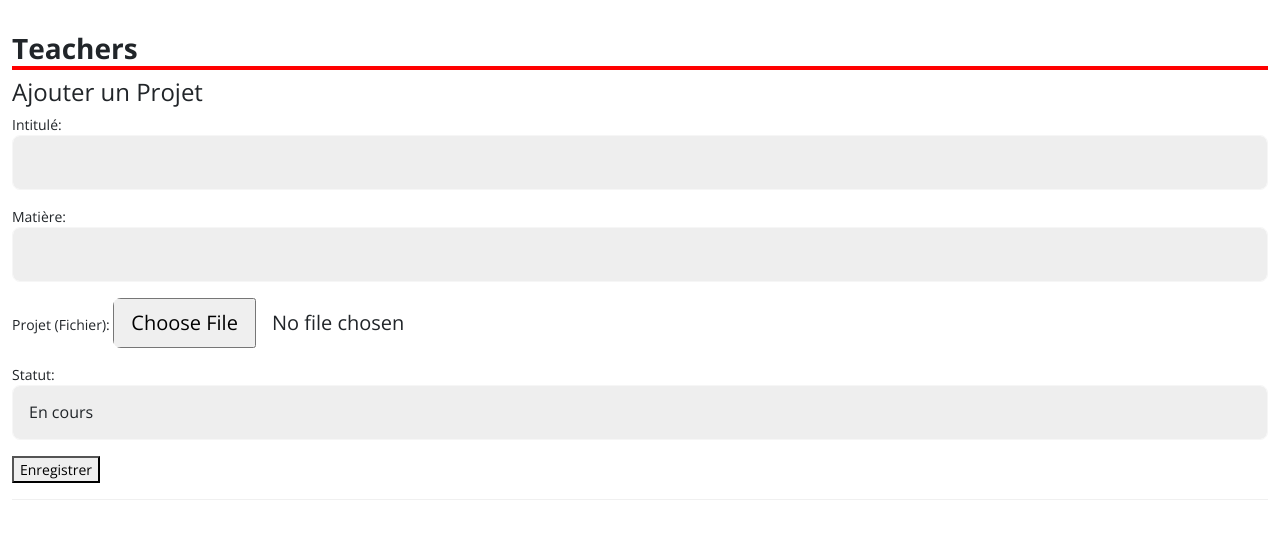
Repository: dimitri0004/Moodle
Page: http://localhost/enseignant/projet/ajouter
These files come from the project's save history. The page is drawn as it stood at one moment and after the next save; the edit follows.
The browser window is 1280 px wide. The pictures show the whole page.
The page is served by the project's application, run on Django 4.2 (manage.py). Other server files are loaded and not shown.

Above is the page before, as saved 2023-08-16 14:58:30.
Console error: TypeError: Cannot set properties of null (setting 'innerHTML')

### templates/Enseignant/projet.html
{% extends "base.html" %}
{% block content %}
<!DOCTYPE html>
<html lang="en">
<head>
    <meta charset="UTF-8">
    <title>Ajouter un projet</title>
</head>
<body>
    <div class="body d-flex py-lg-3 py-md-2">
        <div class="container-xxl">
            <div class="row">
                <div class="col-md-12">
                    <div class="card border-0 mb-4 no-bg">
                        <div class="card-header py-3 px-0  align-items-center  justify-content-between border-bottom">
                            <h3 class=" fw-bold flex-fill mb-2" style="border-bottom: 4px solid red; ">Teachers</h3>
                            <h4 class="mb-2">Ajouter un Projet</h4>


                            <form method="post"   enctype="multipart/form-data">
                                {% csrf_token %}
                                <div class="col-12">
                                    <div class="mb-2">
                                    {{ form.as_p }}
                                    </div>
                                </div>
                                <button type="submit">Enregistrer</button>
                            </form>
                       </div>
                    </div>
                </div>
            </div>
        </div>
    </div>
</body>
</html>


{% endblock %}

### templates/base.html
{% load static %}
<!DOCTYPE html>
<html lang="en">
<head>
    <meta charset="UTF-8">
    <meta name="viewport" content="width=device-width, initial-scale=1.0">
    <title>Document</title>

    <link rel="icon" href="favicon.ico" type="image/x-icon"> <!-- Favicon-->

    <!-- plugin css file  -->
    <link rel="stylesheet" href="{% static 'assets/css/carousel.min.css' %}" />
    <!-- project css file  -->
    <link rel="stylesheet" href="{% static 'assets/css/e-learn.style.min.css' %}">
    <!-- Google Code  -->
    <script async src="https://www.googletagmanager.com/gtag/js?id=UA-264428387-1"></script>
    <script>
      window.dataLayer = window.dataLayer || [];
      function gtag(){dataLayer.push(arguments);}
      gtag('js', new Date());

      gtag('config', 'UA-264428387-1');
    </script>

    <script src="{% static 'assets/bundles/libscripts.bundle.js' %}"></script>

    <!-- Plugin Js-->
    <script src="{% static 'assets/bundles/carousel.bundle.js' %}"></script>
    <script src="{% static 'assets/bundles/apexcharts.bundle.js' %}"></script>

    <!-- Jquery Page Js -->
    <script src="{% static 'js/template.js' %}"></script>
    <script src="{% static 'js/page/elearn-index.js' %}"></script>
</head>
<body>
   {% if user.is_authenticated %}

    {% include "_partiels/nav.html" %}
   {% endif %}


    {% block content %}{% endblock %}
</body>
</html>

### AppEcole/forms.py
from django import forms
from .models import Devoir

class ProjetForm(forms.ModelForm):
    intitule = forms.CharField(label='Intitulé', widget=forms.TextInput(attrs={
        'class': 'form-control form-control-lg'
    }))
    matiere = forms.CharField(label='Matière', widget=forms.TextInput(attrs={
        'class': 'form-control form-control-lg'
    }))
    projet = forms.FileField(label='Projet (Fichier)', widget=forms.ClearableFileInput(attrs={
        'class': 'form-control-file  form-control-lg'
    }))
    statut = forms.ChoiceField(label='Statut', choices=Devoir.STATUT_CHOICES, widget=forms.Select(attrs={
        'class': 'form-control form-control-lg'
    }))

    class Meta:
        model = Devoir
        fields = ['intitule', 'matiere', 'projet', 'statut']

### AppEcole/models.py
from django.db import models
from django.contrib.auth.models import AbstractUser
class User(AbstractUser):
    ETUDIANT= " ETUDIANT"
    ENSEIGNANT="ENSEIGNANT"
    ADMINISTRATEUR=" ADMINISTRATEUR"

    ROLE_CHOICES = (
        ('ETUDIANT', 'Etudiant'),
        ('ENSEIGNANT', 'Enseignant'),
        ('ADMINISTRATEUR', 'Administrateur'),
    )

    role = models.CharField(max_length=30, choices=ROLE_CHOICES, verbose_name='Rôle')
    birthdate = models.DateField(null=True, blank=False)
    identifiant = models.CharField(max_length=20, null=True, blank=False)

    def __str__(self):
        return self.username

class Devoir(models.Model):

    STATUT_CHOICES = [
        ('en_cours', 'En cours'),
        ('soumis', 'Soumis'),
        ('corrigé', 'Corrige'),
        ('traité', 'Traite'),
        ('archivé', 'Archivé'),
    ]
    intitule=models.CharField(max_length=255)
    matiere=models.CharField(max_length=255)
    statut = models.CharField(max_length=20, choices=STATUT_CHOICES)
    projet = models.FileField(upload_to='projets')

    def __str__(self):
        return self.intitule


# Create your models here.

### AppEcole/views.py
from django.shortcuts import render,redirect
from django.core.validators import validate_email
from django.contrib.auth.models import User
from django.db.models import Q
from django.contrib.auth.decorators import login_required
from django.contrib.auth import authenticate, login, logout
from .forms import ProjetForm


from django.contrib.auth import get_user_model

def index(request):
    return render(request,'index.html')

def inscription(request):
    error = False
    message = ""

    if request.method == "POST":
        username = request.POST.get('username')
        email = request.POST.get('email')
        nom = request.POST.get('nom')
        prenom = request.POST.get('prenom')
        password = request.POST.get('password')
        confirmePassword = request.POST.get('confirmePassword')
        role = request.POST.get('role')
        identifiant = request.POST.get('identifiant')
        date = request.POST.get('date')# Récupérer le rôle du formulaire

        try:
            validate_email(email)
        except:
            error = True
            message = "Entrer un email valide svp"

        User = get_user_model()  # Obtenir le modèle utilisateur personnalisé

        user = User.objects.filter(Q(email=email) | Q(username=username)).first()
        if user:
            error = True
            message = f"L'email {email} ou le nom d'utilisateur {nom} est déjà utilisé par un utilisateur"

        if password != confirmePassword:
            error = True
            message = "Les deux mots de passe ne sont pas identiques"

        if error == False:
            user = User(

                username=username,
                email=email,
                last_name=nom,
                first_name=prenom,
                identifiant=identifiant,
                role=role,
                birthdate=date# Enregistrer le rôle dans le modèle
            )
            user.set_password(password)
            user.save()
            return redirect('acceuil')

    context = {
        'error': error,
        'message': message
    }
    return render(request, 'Utilisateur/inscription.html', context)

def connexion(request):
    error=False
    message=""
    if request.method=="POST":

        email=request.POST.get('email', None)
        password=request.POST.get('password', None)

        User = get_user_model()
        user=User.objects.filter(email=email).first()
        if user:
            user=authenticate(username=user.username, password=password)
            if user:
                login(request, user)
                return redirect('acceuil')
            else:
                error=True
                message="mot de passe  incorrecte"
        else:
            error=True
            message="l'utilisateur n'existe pas"
    return render(request, 'Utilisateur/connexion.html', {'error':error, 'message':message})

def ajouter_projet(request):
    if request.method == 'POST':
        form = ProjetForm(request.POST, request.FILES)
        if form.is_valid():
            form.save()
            return redirect('ajouter_projet')  # Rediriger vers la liste des projets
    else:
        form = ProjetForm()

    context = {'form': form}
    return render(request, 'Enseignant/projet.html', context)

# Create your views here.

### MoodleProject/urls.py
"""
URL configuration for MoodleProject project.

The `urlpatterns` list routes URLs to views. For more information please see:
    https://docs.djangoproject.com/en/4.2/topics/http/urls/
Examples:
Function views
    1. Add an import:  from my_app import views
    2. Add a URL to urlpatterns:  path('', views.home, name='home')
Class-based views
    1. Add an import:  from other_app.views import Home
    2. Add a URL to urlpatterns:  path('', Home.as_view(), name='home')
Including another URLconf
    1. Import the include() function: from django.urls import include, path
    2. Add a URL to urlpatterns:  path('blog/', include('blog.urls'))
"""
from django.contrib import admin
from django.urls import path,include
from django.conf import settings
from django.conf.urls.static import static


urlpatterns = [
    path('admin/', admin.site.urls),
    path('', include('AppEcole.urls')),
]
if settings.DEBUG:
    urlpatterns += static(settings.MEDIA_URL,
    document_root=settings.MEDIA_ROOT)

### AppEcole/urls.py
from django.urls import path
from .views import index, inscription, connexion,ajouter_projet
urlpatterns = [
    path('acceuil', index, name='acceuil'),
    path('inscription/', inscription, name='register'),
    path('connexion/', connexion, name='login'),
    path('enseignant/projet/ajouter', ajouter_projet, name='ajouter_projet'),

]

### static/assets/css/carousel.min.css
.owl-carousel,.owl-carousel .owl-item{-webkit-tap-highlight-color:transparent;position:relative}.owl-carousel{display:none;width:100%;z-index:1}.owl-carousel .owl-stage{position:relative;-ms-touch-action:pan-Y;-moz-backface-visibility:hidden}.owl-carousel .owl-stage:after{content:".";display:block;clear:both;visibility:hidden;line-height:0;height:0}.owl-carousel .owl-stage-outer{position:relative;overflow:hidden;-webkit-transform:translate3d(0, 0, 0)}.owl-carousel .owl-item,.owl-carousel .owl-wrapper{-webkit-backface-visibility:hidden;-moz-backface-visibility:hidden;-ms-backface-visibility:hidden;-webkit-transform:translate3d(0, 0, 0);-moz-transform:translate3d(0, 0, 0);-ms-transform:translate3d(0, 0, 0)}.owl-carousel .owl-item{min-height:1px;float:left;-webkit-backface-visibility:hidden;-webkit-touch-callout:none}.owl-carousel .owl-item img{display:block;width:100%}.owl-carousel .owl-dots.disabled,.owl-carousel .owl-nav.disabled{display:none}.no-js .owl-carousel,.owl-carousel.owl-loaded{display:block}.owl-carousel .owl-dot,.owl-carousel .owl-nav .owl-next,.owl-carousel .owl-nav .owl-prev{cursor:pointer;cursor:hand;-webkit-user-select:none;-khtml-user-select:none;-moz-user-select:none;-ms-user-select:none;user-select:none}.owl-carousel.owl-loading{opacity:0;display:block}.owl-carousel.owl-hidden{opacity:0}.owl-carousel.owl-refresh .owl-item{visibility:hidden}.owl-carousel.owl-drag .owl-item{-webkit-user-select:none;-moz-user-select:none;-ms-user-select:none;user-select:none}.owl-carousel.owl-grab{cursor:move;cursor:grab}.owl-carousel.owl-rtl{direction:rtl}.owl-carousel.owl-rtl .owl-item{float:right}.owl-carousel .animated{animation-duration:1s;animation-fill-mode:both}.owl-carousel .owl-animated-in{z-index:0}.owl-carousel .owl-animated-out{z-index:1}.owl-carousel .fadeOut{animation-name:fadeOut}@keyframes fadeOut{0%{opacity:1}100%{opacity:0}}.owl-height{transition:height .5s ease-in-out}.owl-carousel .owl-item .owl-lazy{opacity:0;transition:opacity .4s ease}.owl-carousel .owl-item img.owl-lazy{transform-style:preserve-3d}.owl-carousel .owl-video-wrapper{position:relative;height:100%;background:#000}.owl-carousel .owl-video-play-icon{position:absolute;height:80px;width:80px;left:50%;top:50%;margin-left:-40px;margin-top:-40px;background:url(owl.video.play.html) no-repeat;cursor:pointer;z-index:1;-webkit-backface-visibility:hidden;transition:transform .1s ease}.owl-carousel .owl-video-play-icon:hover{-ms-transform:scale(1.3, 1.3);transform:scale(1.3, 1.3)}.owl-carousel .owl-video-playing .owl-video-play-icon,.owl-carousel .owl-video-playing .owl-video-tn{display:none}.owl-carousel .owl-video-tn{opacity:0;height:100%;background-position:center center;background-repeat:no-repeat;background-size:contain;transition:opacity .4s ease}.owl-carousel .owl-video-frame{position:relative;z-index:1;height:100%;width:100%}

### static/js/template.js
if (typeof jQuery === "undefined") {
    throw new Error("jQuery plugins need to be before this file");
}

$(function() {
    "use strict";

    // main sidebar toggle js
    $('.menu-toggle').on('click', function () {
        $('.sidebar').toggleClass('open');
        $('.open').removeClass('sidebar-mini');
    });

    // layout a sidebar mini version
    $('.sidebar-mini-btn').on('click', function () {
        $('.sidebar').toggleClass('sidebar-mini');
        $('.sidebar-mini').removeClass('open');
    });

    // chat page chatlist toggle js
    $('.chatlist-toggle').on('click', function () {
        $('.card-chat').toggleClass('open');
    });

    $(".theme-rtl input").on('change',function() {
        if(this.checked) {
            $("body").addClass('rtl_mode');
        }else{
            $("body").removeClass('rtl_mode');
        }

    });

    // cSidebar overflow daynamic height

    overFlowDynamic();

    $(window).resize(function(){
        overFlowDynamic();
    });

    function overFlowDynamic(){
        var sideheight=$(".sidebar.sidebar-mini").height() + 48;

        if(sideheight <= 760) {
            $(".sidebar.sidebar-mini").css( "overflow", "scroll");
        }
        else{
            $(".sidebar.sidebar-mini").css( "overflow", "visible");
        }
    }


    // Dropdown scroll hide using table responsive

    $('.table-responsive').on('show.bs.dropdown', function () {
        $('.table-responsive').css( "overflow", "inherit" );
    });

    $('.table-responsive').on('hide.bs.dropdown', function () {
            $('.table-responsive').css( "overflow", "auto" );
    })

    // light and dark theme setting js
    var toggleSwitch = document.querySelector('.theme-switch input[type="checkbox"]');
    var toggleHcSwitch = document.querySelector('.theme-high-contrast input[type="checkbox"]');
    var currentTheme = localStorage.getItem('theme');
    if (currentTheme) {
        document.documentElement.setAttribute('data-theme', currentTheme);

        if (currentTheme === 'dark') {
            toggleSwitch.checked = true;
        }
        if (currentTheme === 'high-contrast') {
            toggleHcSwitch.checked = true;
            toggleSwitch.checked = false;
        }
    }
    function switchTheme(e) {
        if (e.target.checked) {
            document.documentElement.setAttribute('data-theme', 'dark');
            localStorage.setItem('theme', 'dark');
            $('.theme-high-contrast input[type="checkbox"]').prop("checked", false);
        }
        else {
            document.documentElement.setAttribute('data-theme', 'light');
            localStorage.setItem('theme', 'light');
        }
    }
    toggleSwitch.addEventListener('change', switchTheme, false);
    // end
});

// live support team js
$(function() {
    "use strict";
    var Tawk_API=Tawk_API||{}, Tawk_LoadStart=new Date();
    (function(){
        var s1=document.createElement("script"),s0=document.getElementsByTagName("script")[0];
        s1.async=true;
        s1.src='https://embed.tawk.to/6051a040f7ce18270930e55a/1f0vdjvfu';
        s1.charset='UTF-8';
        s1.setAttribute('crossorigin','*');
        s0.parentNode.insertBefore(s1,s0);
    })();
});

### static/js/page/elearn-index.js
if (typeof jQuery === "undefined") {
    throw new Error("jQuery plugins need to be before this file");
}
$(function() {
    "use strict";
    var tooltipTriggerList = [].slice.call(document.querySelectorAll('[data-bs-toggle="tooltip"]'))
    var tooltipList = tooltipTriggerList.map(function (tooltipTriggerEl) {
        return new bootstrap.Tooltip(tooltipTriggerEl)
    })

    /*****Owl Slider************/
    $(document).ready(function(){
        $('.owl-carouselone').owlCarousel({
            stagePadding: 30,
            loop:true,
            margin:10,
            nav:true,
            navText: ["<img src='../dist/assets/images/stylish-left.png'>","<img src='../dist/assets/images/stylish-right.png'>"],
            responsive:{
                0:{
                    items:1
                },
                480:{
                    items:3
                },
                600:{
                    items:3
                },
                740:{
                    items:6
                },
                1000:{
                    items:2
                },
                1100:{
                    items:3
                },
                1400:{
                    items:3
                },
                1500:{
                    items:4
                }
            }
        })

        $('.owl-carouseltwo').owlCarousel({
            loop:true,
            margin:5,
            autoplay:true,
            autoplayTimeout:4000,
            autoplayHoverPause:true,
            responsive:{
                0:{
                    items:1
                },
                480:{
                    items:1
                },
                600:{
                    items:1
                },
                1000:{
                    items:2
                },
                1100:{
                    items:2
                },
                1400:{
                    items:3
                }
            }
        })
    });

    // basic-column
    $(document).ready(function() {
        var options = {
            chart: {
                height: 350,
                type: 'bar',
            },
            colors: ['var(--chart-color1)', 'var(--chart-color2)', 'var(--chart-color4)'],
            plotOptions: {
                bar: {
                    horizontal: false,
                    columnWidth: '55%',
                    endingShape: 'rounded'
                },
            },
            dataLabels: {
                enabled: false
            },
            stroke: {
                show: true,
                width: 2,
                colors: ['transparent']
            },
            series: [{
                name: 'Listening',
                data: [44, 55, 57, 56, 61, 58, 63, 60, 66]
            }, {
                name: 'Writing',
                data: [76, 85, 101, 98, 87, 105, 91, 114, 94]
            }, {
                name: 'Video View',
                data: [35, 41, 36, 26, 45, 48, 52, 53, 41]
            }],
            xaxis: {
                categories: ['Feb', 'Mar', 'Apr', 'May', 'Jun', 'Jul', 'Aug', 'Sep', 'Oct'],
            },
            yaxis: {
                title: {
                    text: ''
                }
            },
            fill: {
                opacity: 1

            },
            tooltip: {
                y: {
                    formatter: function (val) {
                        return "$ " + val + " thousands"
                    }
                }
            }
        }

        var chart = new ApexCharts(
            document.querySelector("#apex-basic-column"),
            options
        );

        chart.render();
    });


});
/*****digital-clock************/
function date_time(id){
    date = new Date;
    h = date.getHours();
    if(h<10)
    {
            h = "0"+h;
    }
    m = date.getMinutes();
    if(m<10)
    {
            m = "0"+m;
    }
    s = date.getSeconds();
    if(s<10)
    {
            s = "0"+s;
    }
    document.getElementById("s").innerHTML = ''+s;
    document.getElementById("m").innerHTML = ''+m;
    document.getElementById("h").innerHTML = ''+h;
    setTimeout('date_time("'+"s"+'");','1000');
    return true;
}
window.onload = date_time('s');

Loaded but not shown: static/assets/css/e-learn.style.min.css (library); static/assets/bundles/libscripts.bundle.js (library); static/assets/bundles/carousel.bundle.js (library); static/assets/bundles/apexcharts.bundle.js (library)

After the next save:
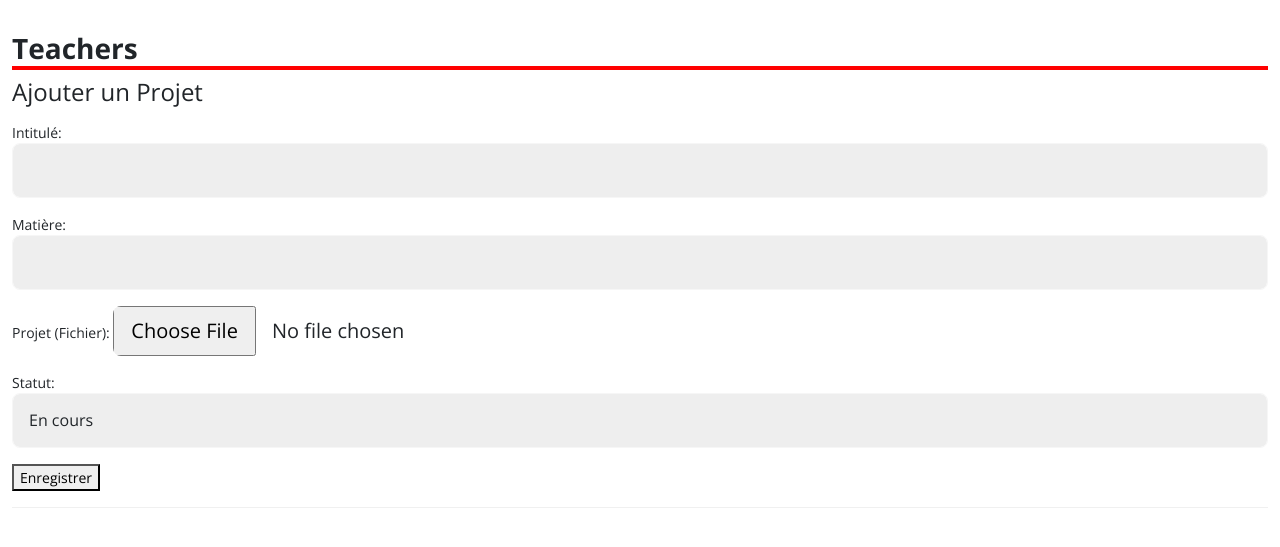
Saved 16 s later.
--- a/templates/Enseignant/projet.html
+++ b/templates/Enseignant/projet.html
@@ -14,7 +14,7 @@
                     <div class="card border-0 mb-4 no-bg">
                         <div class="card-header py-3 px-0  align-items-center  justify-content-between border-bottom">
                             <h3 class=" fw-bold flex-fill mb-2" style="border-bottom: 4px solid red; ">Teachers</h3>
-                            <h4 class="mb-2">Ajouter un Projet</h4>
+                            <h4 class="primary mb-3" >Ajouter un Projet</h4>
 
 
                             <form method="post"   enctype="multipart/form-data">
